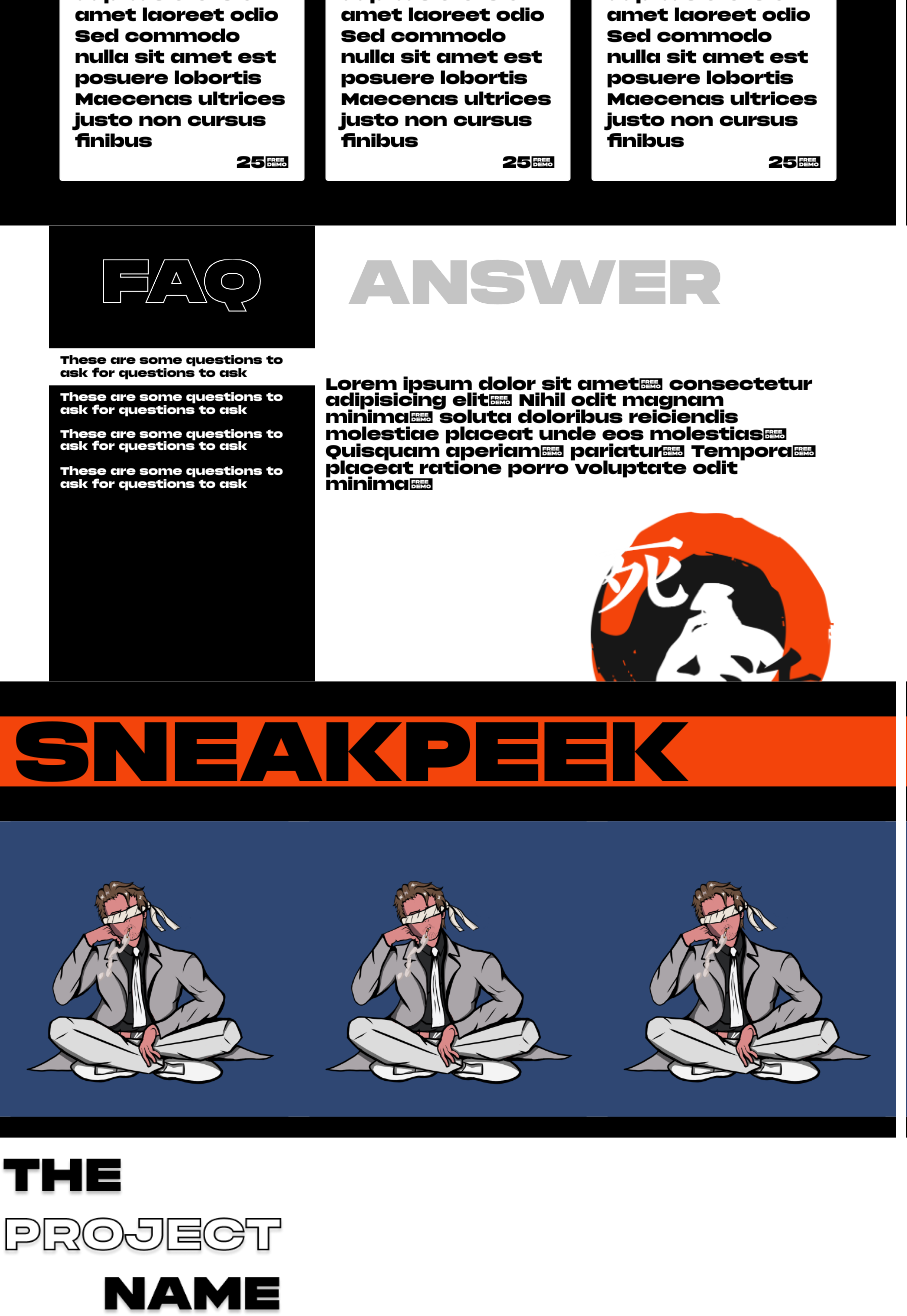
Repository: danishmahmoodawan/Sneakpeak
Page: /
An editor plug-in stored every save of this project. The page is shown before and after a run of saves, followed by the edit.
The browser window is 1280 px wide. The page is 1295 px wide, so the pictures cover 1295 px, including what lies to the right of the window. The pictures show the part of the page from y = 1378 to 3258 px (the page is 3258 px tall before and 3221 px after), at 70% of full size.
The project was rebuilt for these pictures with package versions that can differ from the ones it lists, and the page was loaded fresh each time.

Above is the page before, as saved 2022-02-28 22:09:05.

### public/index.html
<!DOCTYPE html>
<html lang="en">
  <head>
    <meta charset="utf-8" />
    <meta name="viewport" content="width=device-width, initial-scale=1" />
    <link rel="stylesheet" href="https://cdnjs.cloudflare.com/ajax/libs/twitter-bootstrap/4.6.0/css/bootstrap.min.css">
	<link rel="stylesheet" href="https://cdnjs.cloudflare.com/ajax/libs/font-awesome/5.15.4/css/all.min.css">
	<link rel="stylesheet" href="assets/css/style.css">
	<title>SneakPeak</title>
  </head>
  <body>
    <noscript>You need to enable JavaScript to run this app.</noscript>
    <div id="root"></div>
	<script src="https://cdnjs.cloudflare.com/ajax/libs/jquery/3.5.1/jquery.slim.min.js"></script>
	<script src="https://cdnjs.cloudflare.com/ajax/libs/popper.js/1.16.1/umd/popper.min.js"></script>
  <script src="https://cdnjs.cloudflare.com/ajax/libs/twitter-bootstrap/4.6.0/js/bootstrap.min.js"></script>
  <link rel="stylesheet" href="https://fonts.googleapis.com/css2?family=Inter:wght@100;200;300;400;500;600;700;800;900&display=swap"/>
  <link rel="stylesheet" href="https://fonts.googleapis.com/css2?family=VT323:wght@400&display=swap"/>
  </body>
</html>

### src/App.js
import Home from "./pages/Home";

function App() {
  return (
    <div>
      <Home />
    </div>
  );
}

export default App;

### src/pages/Home.js

import { useState, useEffect } from 'react';
function Home() {

  return (
   <>
 <section className="top_section">
            <div className="container">
                <div className="row">
                    <div className="col-12 text-center top_image">
                        <div className="social_div">
                            <img src="assets/images/ICON_INSTA24.png" alt="ICON_INSTA24" className="desktop_image"/>
                            <img src="assets/images/ICON_MEDIUM25.png" alt="ICON_MEDIUM25" className="desktop_image"/>
                            <img src="assets/images/ICON_OS26.png" alt="ICON_OS26" className="desktop_image"/>
                            <img src="assets/images/ICON_TWITTER27.png" alt="ICON_TWITTER27" className="desktop_image"/>
                            <img src="assets/images/ICON_DISCORD28.png" alt="ICON_DISCORD28" className="desktop_image"/>
                        </div>
                    </div>
                </div>
            </div>
        </section>
        <section className="first_section"></section>

        <section className="second_section">
            <div className="container">
                <div className="row d-flex align-items-center justify-content-center">
                    <div className="col-12 col-md-5 left_sec_col img_col">
                        <div className="row">
                          <div className="col-12 right_inner_sec_col row_set_whi">
                                <div className="row">
                                    <div className="col-4 col_white">
                                        <p>PRICE</p>
                                    </div>
                                    <div className="col-8 col_black">
                                        <p>0.15 Ξ</p>
                                    </div>
                                </div>
                                <div className="row">
                                    <div className="col-4 col_white">
                                        <p>TOTAL</p>
                                    </div>
                                    <div className="col-8 col_black">
                                        <p>1125 / 3333</p>
                                    </div>
                                </div>
                                <div className="row">
                                    <div className="col-4 col_white">
                                        <p>LIMIT</p>
                                    </div>
                                    <div className="col-8 col_black">
                                        <p>5 PER TX</p>
                                    </div>
                                </div>
                            </div>
                        </div>

                    </div>
                    <div className="col-12 col-md-2 left_sec_col text-center">
                        <div className="row"><div className="col-12 icon_size p-0"> <a href="#" target={{target:"_blank"}}> <svg xmlns="http://www.w3.org/2000/svg" width="50" height="40" fill="currentColor" class="bi bi-chevron-compact-up" viewBox="0 0 16 16">
  <path fill-rule="evenodd" d="M7.776 5.553a.5.5 0 0 1 .448 0l6 3a.5.5 0 1 1-.448.894L8 6.56 2.224 9.447a.5.5 0 1 1-.448-.894l6-3z"/>
</svg></a></div>
 </div>
                        <div className="row"><div className="col-12 icon_size p-0"><span class="counts"> 5 </span></div> </div>
                        <div className="row"><div className="col-12 icon_size p-0"><a href="#" target={{target:"_blank"}}> <svg xmlns="http://www.w3.org/2000/svg" width="50" height="40" fill="currentColor" class="bi bi-chevron-compact-down" viewBox="0 0 16 16">
  <path fill-rule="evenodd" d="M1.553 6.776a.5.5 0 0 1 .67-.223L8 9.44l5.776-2.888a.5.5 0 1 1 .448.894l-6 3a.5.5 0 0 1-.448 0l-6-3a.5.5 0 0 1-.223-.67z"/>
</svg></a></div>
 </div>
                    </div>
                    <div className="col-12 col-md-2 mintbtns right_col">
                    <button classname=" m-2">MINT <br /> NOW</button>
                    </div>
                </div>
            </div>
        </section>

        <section className="third_section roadmapSec">
            <div className="container">
                <div className="row third_row">
                <div className="col-12 "><h1>ROADMAP</h1></div>
                 </div>
                 <div className="row set_map">
                 <div className="col-sm-12 col-md-4">
                 <div className="btn map_one maptwo btn-primary position-relative">
             <p>    Lorem ipsum dolor sit amet consectetur adipiscing elit Aliquam ac dapibus orci sit amet laoreet odio Sed commodo nulla sit amet est posuere lobortis Maecenas ultrices justo non cursus finibus </p>
  <span class="position-absolute top-0 start-100 translate-middle badge rounded-pill set_ict">
  <img src="assets/images/01.png" alt="PREVIEW_Artboard321293" className="desktop122_image" />
  </span>
  <p className="text-right">25%</p>
</div>
                 </div>
                 <div className="col-sm-12 col-md-4">
                 <div className="btn map_one maptwo btn-primary position-relative">
             <p>    Lorem ipsum dolor sit amet consectetur adipiscing elit Aliquam ac dapibus orci sit amet laoreet odio Sed commodo nulla sit amet est posuere lobortis Maecenas ultrices justo non cursus finibus </p>
  <span class="position-absolute top-0 start-100 translate-middle badge rounded-pill set_ict">
  <img src="assets/images/02.png" alt="PREVIEW_Artboard321293" className="desktop122_image" />
  </span>
  <p className="text-right">25%</p>
</div>
                 </div>
                 <div className="col-sm-12 col-md-4">
                 <div className="btn map_one maptwo btn-primary position-relative">
             <p>    Lorem ipsum dolor sit amet consectetur adipiscing elit Aliquam ac dapibus orci sit amet laoreet odio Sed commodo nulla sit amet est posuere lobortis Maecenas ultrices justo non cursus finibus </p>
  <span class="position-absolute top-0 start-100 translate-middle badge rounded-pill set_ict">
  <img src="assets/images/03.png" alt="PREVIEW_Artboard321293" className="desktop122_image" />
  </span>
  <p className="text-right">25%</p>
</div>
                 </div>
                 </div>
             </div>
        </section>
        <section className="forth_section faq_container">
            <div className="container">
            <div className="row">
            <div className="col-4 faq_col p-5">
            <img src="assets/images/faq.png" alt="PREVIEW_Artboard321293" className="desktop122_image" />
</div>
            <div className="col-8 p-5">
            <img src="assets/images/answer.png" alt="PREVIEW_Artboard321293" className="desktop122_image" />
            </div>
            </div>



<div className="row">
<div className="col-md-4 bg_link faq_tabss p-0">

    <ul className="nav md-pills pills-secondary d-flex flex-column">
      <li className="nav-item">
        <a className="nav-link active" data-toggle="tab" href="#panel11" role="tab">These are some questions to ask for questions to ask</a>
      </li>
      <li className="nav-item">
        <a className="nav-link" data-toggle="tab" href="#panel12" role="tab">These are some questions to ask for questions to ask</a>
      </li>
      <li className="nav-item">
        <a className="nav-link" data-toggle="tab" href="#panel13" role="tab">These are some questions to ask for questions to ask</a>
      </li>
      <li className="nav-item">
        <a className="nav-link" data-toggle="tab" href="#panel14" role="tab">These are some questions to ask for questions to ask</a>
      </li>
    </ul>

  </div>
  <div className="col-md-8 logo_ns">

    <div className="tab-content pt-0">

      <div className="tab-pane fade in show active" id="panel11" role="tabpanel">
        <br />

        <p>Lorem ipsum dolor sit amet, consectetur adipisicing elit. Nihil odit magnam minima, soluta doloribus
          reiciendis molestiae placeat unde eos molestias. Quisquam aperiam, pariatur. Tempora, placeat ratione
          porro voluptate odit minima.</p>
          <img src="assets/images/logo_set.png" alt="LOGO" className="desktop122_image" />


      </div>
      <div className="tab-pane fade" id="panel12" role="tabpanel">
        <br />

        <p>Lorem ipsum dolor sit amet, consectetur adipisicing elit. Nihil odit magnam minima, soluta doloribus
          reiciendis molestiae placeat unde eos molestias. Quisquam aperiam, pariatur. Tempora, placeat ratione
          porro voluptate odit minima.</p>
        <p>Lorem ipsum dolor sit amet, consectetur adipisicing elit. Nihil odit magnam minima, soluta doloribus
          reiciendis molestiae placeat unde eos molestias. Quisquam aperiam, pariatur. Tempora, placeat ratione
          porro voluptate odit minima.</p>

      </div>
      <div className="tab-pane fade" id="panel13" role="tabpanel">
        <br />

        <p>Lorem ipsum dolor sit amet, consectetur adipisicing elit. Nihil odit magnam minima, soluta doloribus
          reiciendis molestiae placeat unde eos molestias. Quisquam aperiam, pariatur. Tempora, placeat ratione
          porro voluptate odit minima.</p>
          <img src="assets/images/logo_set.png" alt="LOGO" className="desktop122_image" />


      </div>
      <div className="tab-pane fade" id="panel14" role="tabpanel">
        <br />

        <p>Lorem ipsum dolor sit amet, consectetur adipisicing elit. Nihil odit magnam minima, soluta doloribus
          reiciendis molestiae placeat unde eos molestias. Quisquam aperiam, pariatur. Tempora, placeat ratione
          porro voluptate odit minima.</p>
        <p>Lorem ipsum dolor sit amet, consectetur adipisicing elit. Nihil odit magnam minima, soluta doloribus
          reiciendis molestiae placeat unde eos molestias. Quisquam aperiam, pariatur. Tempora, placeat ratione
          porro voluptate odit minima.</p>

      </div>


    </div>


</div>

</div>
</div>


        </section>

        <section className="fifth_section">
            <div className="container-fluid fifth_container">
            <div className="row"><div className="col-12">
                <h2 className="road_map">SNEAKPEEK</h2>
            </div></div></div>
        </section>
        <section className="six_section">
            <div className="container-fluid">
            <div className="row">
            <div className="col-4">
            <img src="assets/images/char_img.png" alt="char_img" className="desktop122_image" />
            </div>
            <div className="col-4">
            <img src="assets/images/char_img.png" alt="char_img" className="desktop122_image" />
            </div>
            <div className="col-4">
            <img src="assets/images/char_img.png" alt="char_img" className="desktop122_image" />
            </div>

            </div>
            </div>
        </section>
        <section>
        <div className="row">
            <div className="col-12">
            <div class="empty_div"> </div>
            </div>
            <div className="col-12">
            <div class="empty_divs"> </div>
            </div>
            </div>
        </section>
        <section className="section_seven">
        <div className="row">
            <div className="col-4">
            <img src="assets/images/project_name.png" alt="char_img" className="desktop122_image" />
            </div>
            </div>
        </section>

	</>
  );
}

export default Home;

### public/assets/css/style.css
html {
  font-family: Inter;
  font-size: 16px;
}
@font-face {
  font-family: 'Phonk-cont';
  src: url('../fonts/Phonk-ContrastDEMO.ttf');
}
@font-face {
  font-family: 'Phonk-regular';
  src: url('../fonts/Phonk-ReguularDEMO.ttf');
}
body {
  font-weight: 400;
  font-style:normal;
  text-decoration: none;
  text-transform: none;
  letter-spacing: normal;
  line-height: 1.15;
  color: var(--dl-color-gray-black);
  background-color: var(--dl-color-gray-white);
}
p{
  margin-bottom: 0px;
  font-family: Phonk-cont;
  font-size: 24px;
  font-style: normal;
  font-weight: 400;
  line-height: 24px;
  letter-spacing: 0em;
  text-align: left;
  color:#FFF
}
h2{
  font-family: 'Phonk-cont';
  font-style: normal;
  font-weight: normal;
  font-size: 72px;
  line-height: 72px;
  color: #FFFFFF;
  text-align: center;
  margin-bottom: 0;
}
:root {
  --dl-color-gray-500: #595959;
  --dl-color-gray-700: #999999;
  --dl-color-gray-900: #D9D9D9;
  --dl-size-size-large: 144px;
  --dl-size-size-small: 48px;
  --dl-color-danger-300: #A22020;
  --dl-color-danger-500: #BF2626;
  --dl-color-danger-700: #E14747;
  --dl-color-gray-black: #000000;
  --dl-color-gray-white: #FFFFFF;
  --dl-size-size-medium: 96px;
  --dl-size-size-xlarge: 192px;
  --dl-size-size-xsmall: 16px;
  --dl-space-space-unit: 16px;
  --dl-color-primary-100: #003EB3;
  --dl-color-primary-300: #0074F0;
  --dl-color-primary-500: #14A9FF;
  --dl-color-primary-700: #85DCFF;
  --dl-color-success-300: #199033;
  --dl-color-success-500: #32A94C;
  --dl-color-success-700: #4CC366;
  --dl-size-size-xxlarge: 288px;
  --dl-size-size-maxwidth: 1400px;
  --dl-radius-radius-round: 50%;
  --dl-space-space-halfunit: 8px;
  --dl-space-space-sixunits: 96px;
  --dl-space-space-twounits: 32px;
  --dl-radius-radius-radius2: 2px;
  --dl-radius-radius-radius4: 4px;
  --dl-radius-radius-radius8: 8px;
  --dl-space-space-fiveunits: 80px;
  --dl-space-space-fourunits: 64px;
  --dl-space-space-threeunits: 48px;
  --dl-space-space-oneandhalfunits: 24px;
}

.desktop122_image{
  width: 100%;
}
/* css start */
.top_section{
  background-color: #222222;
  padding: 10px;
}
.empty_div{
height: 30px;
background: #000;
}
.empty_divs{
height: 30px;
background: white;
}
.section_seven{
background: rgba(255, 255, 255, 0.5);
}
.top_content .button{
  font-family: VT323;
  font-style: normal;
  font-weight: normal;
  font-size: 16px;
  line-height: 16px;
  color: #222222;
}
.first_section{
  background-image: url('images/banner_home.png');
  background-repeat: no-repeat;
  background-size: cover;
  height: 100vh;
  background-position: center;
}
.second_section{
  background-image: url('images/aksc.png');
    background-repeat: no-repeat;
    background-size: inherit;
    background-position: center;
    margin: -30px;
    width: 100%;
}
.third_row h1{
  font-family: Phonk-cont;
  font-style: normal;
  font-weight: 600;
  font-size: 100px;
  text-align: center;
  color: white;
}
.col_white p{
  color: #fff;
  padding: 8px 0;
  text-align: center;
}

.col_black p{
  color: #F3440B;
  padding: 8px 0;
  text-align: right;
}
.img_col{
  padding: 32px 20px !important;
}
.mintbtns button{
  background: #F3440B;
border-radius: 10px;
color: white;
padding: 44px 25px;
font-family: Phonk-cont;
font-weight: 600;
font-size: 36px;
line-height: 46px;
border-color: #F3440B;
}
.mintbtns button:hover{
  background: #bc350a;
}
.counts{
  font-family: Phonk-cont;
  font-style: normal;
  font-weight: 600;
  font-size: 55px;
  color: white;
}
.icon_size{
color: white;
}
.icon_size a{
  color: white;
}
.icon_size a:hover{
  color: #F3440B;
}
.second_section .row{
  align-items: center;
}
.left_sec_col{
  background-color: #000;
  padding: 20px 15px;
  border-radius: 10px;
  margin-left: 10px;
  margin-right: 10px;
}
.second_section .right_sec_col p{
  padding-left: 30px;
}
.pluss_minus_row{
  padding: 40px;
}
.second_section a.button{
  background: linear-gradient(90.9deg, #35A9AD 0%, #9D4DB1 100%);
  color: #FFF;
  font-family: VT323;
  display: block;
  text-decoration: none;
  max-width: 370px;
  margin: 0 auto;
  margin-top: 30px;
  cursor: pointer;
}
.map_one{
  background: #444444;
  border: 2px solid #FFFFFF;
box-sizing: border-box;
padding: 35px 20px 10px 20px;
margin-top: 16%;
}
.roadmapSec{
padding: 5% 0;
}
.maptwo{
  background: white;
}
.maptwo p{
  color: #000;
}
.forth_section img{
width: 80%;
}
.map_one p{
  line-height: 30px;
}
.maptwo .badge{
top: -118px !important;
}
.maptwo img{
  width: 82%;
}
.map_one .badge{
  top: -90px;
  right: -19px;

}
.set_ict{
  font-family: Phonk-cont;
  font-style: normal;
  font-weight: 600;
  font-size: 100px;
  text-align: center;
  color: white;
}
.map_one:hover{
  background: #444444;
  border: 2px solid #FFFFFF;
}
.maptwo:hover{
  background: white;
}
.map_one:active, .map_one:focus{
  background-color: #444444 !important;
  box-shadow: none !important;
  border-color: #fff !important;
}
.map_two:active, .map_two:focus{
  background-color: white !important;
  box-shadow: none !important;
  border-color: #fff !important;
}
.map_one:not(:disabled):not(.disabled){
  cursor: auto;
}
p.sol{
  color: rgba(34, 34, 34, 0.5);
  text-align: center;
  padding-top: 8px;
}
.third_section{
  background-color: black;
  padding-top: 7%;
}
.faq_container{
  background: white;
}
.faq_container h2{
  padding: 0 30px;

}
.faq_col{
background: black;
display: block;
text-align: center;
}
.bg_link{
  background: black;
}

.forth_left_col{
  background-color: #222222;
}
.forth_section p{
  margin: 20px 0;
  color: black;
}
.logo_ns img{
width: 50%;
float: right;
}
.forth_left_col p{
  background-color: #111111;
  color: #FFF;
  padding: 10px 20px;
}
.forth_right_col{
  padding-left: 100px;
}
.forth_right_col p{
  color: #111111;
}
.fifth_section{
  background: black;
  padding: 50px 0;
}
.fifth_section .container:not(:last-child) {
  background: #C4C4C4;
  max-width: 900px;
  margin: 0 auto;
  padding: 50px 30px 100px;
}

.fifth_section h2.road_map{
  font-size: 120px;
  line-height: 60px;
color:black;
text-align: left;
}
.fifth_section p{
  color: #111111;
}
.fifth_container{
background: #F3440B;
padding: 20px;
}
.six_section{
background: #2f4773;
}
.fifth_left_col{
  background-color: #FFF;
  border-right: 8px solid rgba(17, 17, 17, 0.5);
  border-bottom: 8px solid rgba(17, 17, 17, 0.5);
}
.fifth_left_col h2{
  font-size: 100px;
  line-height: 100px;
  color: #000000;
  padding: 20px;
}
.fifth_last_row .fifth_left_col{
  background: linear-gradient(90.9deg, #35A9AD 0%, #9D4DB1 100%);
  border-right: 8px solid rgba(255, 255, 255, 0.5);
  border-bottom: 8px solid rgba(255, 255, 255, 0.5);
}
.fifth_last_row .fifth_left_col h2{
  color: #FFF;
}
.logo_container{
  background-color: #FFF;
}
/* FAQ Start */
.faq_tabss a{
color: white;
font-family: Phonk-cont;
}
.faq_tabss .active{
background: white;
color: black;
}
/* FAQ STart */
/* media query */
@media only screen and (min-width: 1025px) {

}
@media only screen and (max-width: 1024px) and (min-width: 992px) {

  .first_section{
    height: 26vh;
    background-size: contain;
  }
  .right_third_col{
    background-size: cover;
  }
}

@media only screen and (max-width: 992px) and (min-width: 768px) {
  .first_section{
    height: 26vh;
  }
  .pluss_minus_row{
    padding: 25px;
  }
  .col_white p ,.col_black p{
    font-size: 18px;
  }
  .right_third_col{
    background-size: cover;
  }
}
@media only screen and (max-width: 767px) {
  h2{
    font-size: 36px;
    line-height: 42px;
  }

  .first_section {
    background-size: contain;
    height: 160px;
  }
  .top_section .col-6{
padding: 0;
  }
  .right_sec_col{
    padding-top: 30px;
  }
  .second_section p{
    padding: 0 25px;
    text-align: center;
  }
  .row_set_whi{
    margin: 10px -25px;
  }
  .footer_row .col_ew{
display: none;
  }
  .faq_container{
    padding: 35px 0 30px;
  }
  .right_third_col .container{
    position: initial
  }
  .right_third_col .container .row{
    margin-top: 20px;
  }
  .right_third_col a{
    margin-bottom: 10px;
  }
  .forth_right_col{
    padding: 0 15px ;
  }
  .forth_section{
    padding-bottom: 40px;
  }
  .fifth_section p{
    margin-top: 20px;
  }
  .fifth_section .container:not(:last-child){
    padding-bottom: 40px;
  }
  body, html{
    overflow-x: hidden;
  }
}

@media only screen and (max-width: 767px) and (min-width: 540px) {
  .first_section{
    height: 33vh;
    background-size: contain;
  }
}

Loaded but not shown: src/index.js (common file); src/index.css (common file); src/reportWebVitals.js (common file)

After the next 3 saves:
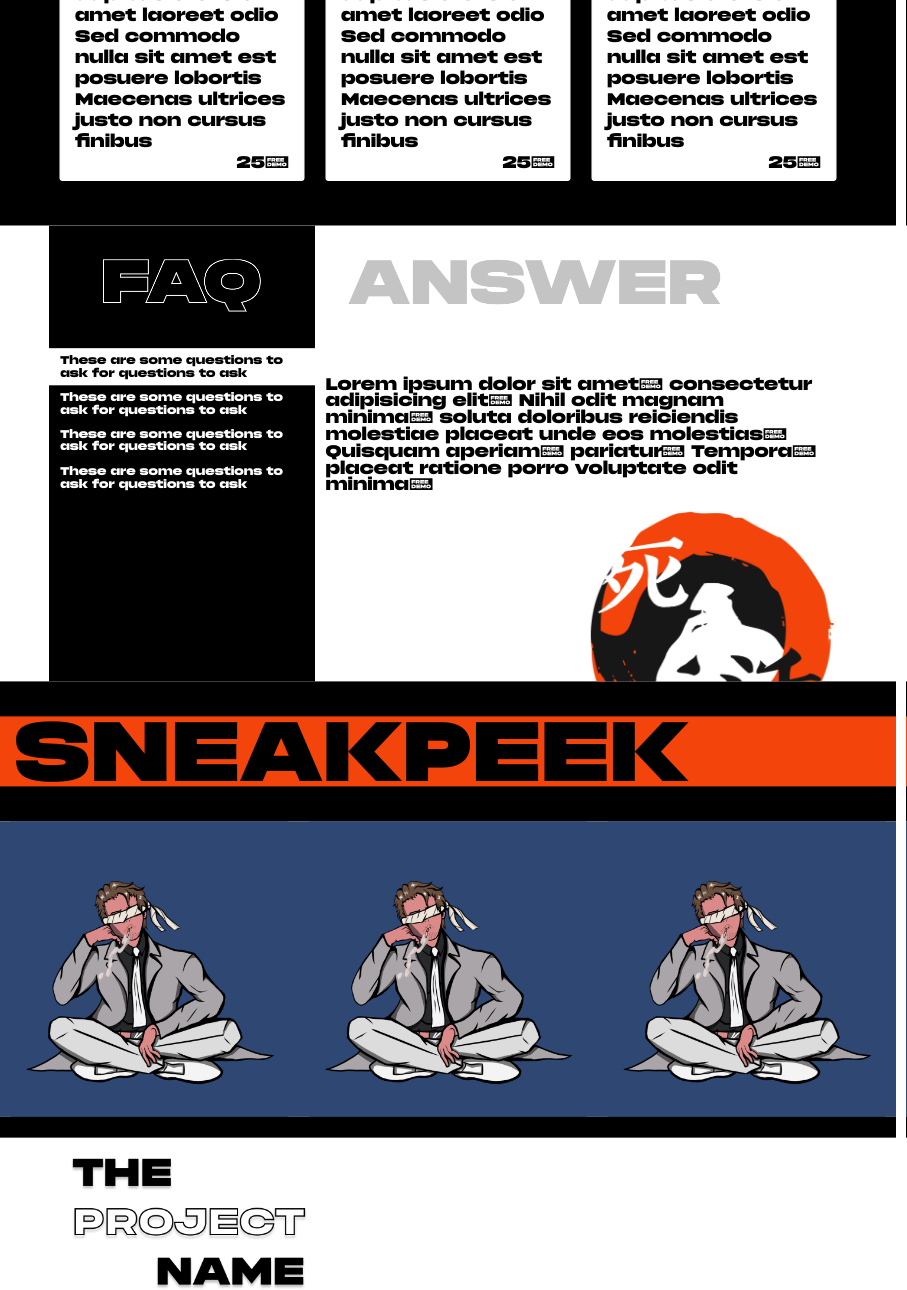
The 3 saves are shown as one change because 2 did not build or start.
The last was saved 43 s later.
--- a/src/pages/Home.js
+++ b/src/pages/Home.js
@@ -234,8 +234,10 @@ function Home() {
         </section>
         <section className="section_seven">
         <div className="row">
+        <div className="container">
             <div className="col-4">
             <img src="assets/images/project_name.png" alt="char_img" className="desktop122_image" />
+            </div>
             </div>
             </div>
         </section>
